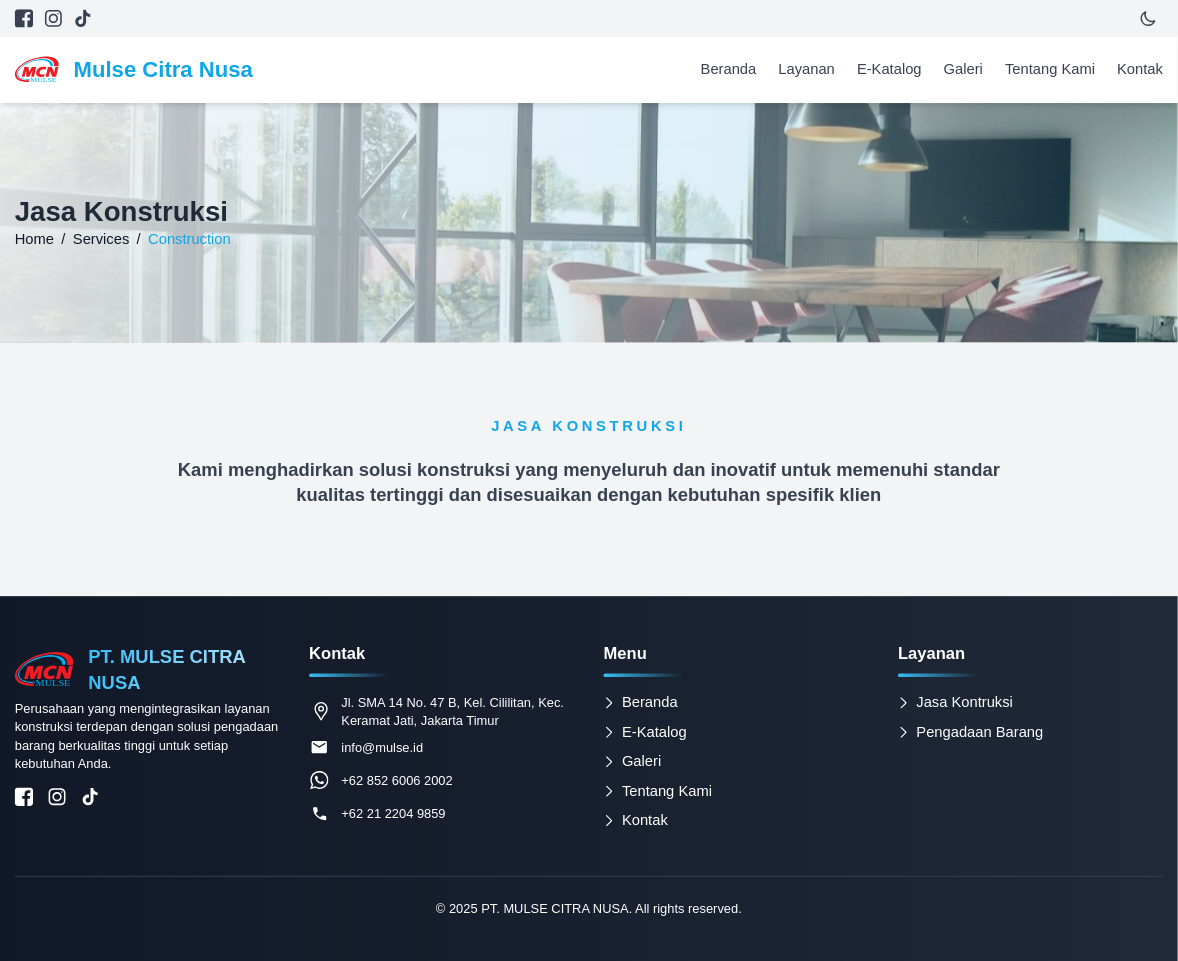
Repository: PrasBaldin/next-mulse
Page: /services/construction
An editor plug-in stored every save of this project. The page is shown before and after the next save, followed by the edit.
The browser window is 1280 px wide. The pictures show the whole page, at 92% of full size.
The project was rebuilt for these pictures with package versions that can differ from the ones it lists, and the page was loaded fresh each time. The framework's server and built-in components were replaced by stand-ins that run in the browser. Also part of the build but not shown: next.config.ts.

Above is the page before, as saved 2025-02-26 13:30:19.

### app/layout.tsx
import type { Metadata } from "next";
import { Geist, Geist_Mono } from "next/font/google";
import "./globals.css";
import Navbar from "@/components/navbar";
import Footer from "@/components/footer";

const geistSans = Geist({
  variable: "--font-geist-sans",
  subsets: ["latin"],
});

const geistMono = Geist_Mono({
  variable: "--font-geist-mono",
  subsets: ["latin"],
});

export const metadata: Metadata = {
  title: "Mulse",
  description: "Selamat datang di PT. Mulse Citra Nusa, kami menyediakan barang dan jasa sesuai kebutuhan Anda.",
};

export default function RootLayout({
  children,
}: Readonly<{
  children: React.ReactNode;
}>) {
  return (
    <html lang="en">
      <body className={`${geistSans.variable} ${geistMono.variable} antialiased`} >
        <Navbar />
        {children}
        <Footer />
      </body>
    </html>
  );
}

### app/services/construction/page.tsx
import Link from "next/link";

const ConstructionPage = () => {
  return (
    <>
      <section className="mt-[72px] lg:mt-[112px]">
        <div className="banner">
          <div className="banner-mask"></div>
          <div className="container z-[1] relative">
            <div className="banner-content">
              <h4 className="text-3xl font-bold text-gray-800 dark:text-gray-100 transition duration-500 ease-in-out">
                Jasa Konstruksi
              </h4>
              <ul className="breadcrumbs">
                <li>
                  <Link
                    href="/"
                    className="text-gray-900 dark:text-gray-100 transition duration-500 ease-in-out"
                  >
                    Home
                  </Link>
                </li>
                <li className="text-gray-900 dark:text-gray-100 transition duration-500 ease-in-out">
                  /
                </li>
                <li>
                  <Link
                    href="/"
                    className="text-gray-900 dark:text-gray-100 transition duration-500 ease-in-out"
                  >
                    Services
                  </Link>
                </li>
                <li className="text-gray-900 dark:text-gray-100 transition duration-500 ease-in-out">
                  /
                </li>
                <li>
                  <Link href="/gallery" className="text-sky-500">
                    Construction
                  </Link>
                </li>
              </ul>
            </div>
          </div>
        </div>
      </section>
      <section className="py-20">
        <div className="container">
          <div className="text-center">
            <h4 className="mb-3 text-sky-500 font-semibold tracking-[.25em] uppercase">
              Jasa Konstruksi
            </h4>
            <h3 className="py-2 my-2 mx-auto w-full md:w-3/4 text-gray-700 dark:text-gray-100 transition duration-500 ease-in-out text-xl font-semibold">
              Kami menghadirkan solusi konstruksi yang menyeluruh dan inovatif
              untuk memenuhi standar kualitas tertinggi dan disesuaikan dengan
              kebutuhan spesifik klien
            </h3>
          </div>
          <div className="service-content"></div>
        </div>
      </section>
    </>
  );
};

export default ConstructionPage;

### app/globals.css
@tailwind base;
@tailwind components;
@tailwind utilities;

:root {
  --background: #ffffff;
  --foreground: #171717;
}

@media (prefers-color-scheme: dark) {
  :root {
    --background: #0a0a0a;
    --foreground: #ededed;
  }
}

body {
  font-family: Arial, Helvetica, sans-serif;
  @apply bg-gray-100 dark:bg-gray-700;
}

.container {
  @apply mx-auto px-4;
}

.btn {
  @apply px-4 py-3 rounded-lg transition duration-500 ease-in-out;
}

.btn-primary {
  @apply bg-sky-600 hover:bg-sky-700 dark:hover:bg-sky-700 text-gray-100 hover:text-gray-300;
}

.btn-secondary {
  @apply bg-gray-100 hover:bg-gray-300 dark:hover:bg-gray-300 text-gray-800;
}

.btn-primary-border {
  @apply bg-transparent hover:bg-sky-500 dark:hover:bg-sky-500 border-2 border-sky-500 text-sky-500 dark:text-sky-500 hover:text-white dark:hover:text-white;
}

.banner {
  background-image: url("/img/banner-2.jpg");
  background-size: cover;
  @apply py-[100px] relative;
}

.banner-mask {
  @apply absolute inset-0 bg-gradient-to-r from-gray-100/90 to-sky-500/20 dark:from-gray-800/90 dark:to-sky-500/20 transition duration-500 ease-in-out z-[0];
}

.breadcrumbs {
  @apply flex gap-2 font-medium;
}

### components/navbar.css
.utility-bar {
  @apply hidden lg:block absolute top-0 w-full py-1 bg-gray-100 dark:bg-gray-700 transition duration-500 ease-in-out z-10;
}

.utility-content {
  @apply w-auto flex gap-2;
}

.social-media-link {
  @apply mr-3 text-gray-700 dark:text-gray-100 hover:text-sky-500 dark:hover:text-sky-500 transition duration-300;
}

.navbar {
  @apply bg-white dark:bg-gray-800 transition duration-500 ease-in-out shadow-md top-0 lg:top-[40px] fixed lg:absolute w-full z-20;
}

.nav-link {
  @apply text-gray-700 hover:text-sky-500 dark:hover:text-sky-500 dark:text-gray-100 py-5 transition duration-500 ease-in-out border-b-2 border-transparent hover:border-sky-500 flex items-center;
}

.nav-dropdown {
  @apply bg-white dark:bg-gray-800 absolute top-[4rem] -left-2 w-auto pt-2 p-3 border-2 border-sky-300 dark:border-sky-800 border-t-sky-500 dark:border-t-sky-500 shadow-xl rounded-lg overflow-visible transition-all duration-300 transform;
}

.nav-link-dropdown {
  @apply text-gray-700 hover:text-sky-500 dark:hover:text-sky-500 dark:text-gray-100 pt-2 pb-1 transition duration-500 ease-in-out hover:bg-gray-100 dark:hover:bg-gray-700 rounded border-b border-gray-200 hover:border-sky-500 block mt-2 px-2;
}

.nav-link-mobile {
  @apply hover:bg-gray-100 dark:hover:bg-gray-700 text-gray-700 hover:text-sky-500 dark:hover:text-sky-500 dark:text-gray-100 py-2 pl-2 border-b border-gray-200 hover:border-sky-500 rounded transition;
}

.hamburger {
  @apply absolute w-6 h-[3px] bg-gray-800 dark:bg-gray-100 rounded transition duration-500 ease-in-out;
}

.dropdown-arrow {
  @apply border-b-2 border-r-2 border-gray-700 dark:border-gray-100 ml-2 w-3 h-3 transition duration-500 ease-in-out;
}

.nav-link-mobile:hover .dropdown-arrow {
  @apply border-sky-500;
}

### components/toggleDarkMode.tsx
"use client";
import { useState, useEffect } from "react";
import IconDarkMode from "../app/_assets/icon/iconDarkmode";
import IconLightMode from "../app/_assets/icon/iconLightmode";

import "./toggleDarkMode.css";

const ToggleDarkMode = () => {
  const [isDarkMode, setIsDarkMode] = useState(false);
  useEffect(() => {
    const storedTheme = localStorage.getItem("theme");
    setIsDarkMode(storedTheme === "dark");
  }, []);

  useEffect(() => {
    if (isDarkMode) {
      document.documentElement.classList.add("dark");
      localStorage.setItem("theme", "dark");
    } else {
      document.documentElement.classList.remove("dark");
      localStorage.setItem("theme", "light");
    }
  }, [isDarkMode]);

  return (
    <>
      {/* Mobile */}
      <button
        onClick={() => setIsDarkMode(!isDarkMode)}
        className="lg:hidden btn h-11 flex items-center"
        style={{ padding: ".5rem" }}
      >
        <div className="block">
          <div className="absolute flex items-center gap-2">
            <div
              className={`toggle-dark-mode-mobile gap-2 ${
                isDarkMode ? "opacity-100 rotate-0" : "opacity-0 rotate-90"
              }`}
            >
              <IconLightMode />
            </div>
            <span
              className={`text-gray-700 dark:text-gray-300 ${
                isDarkMode ? "opacity-100" : "opacity-0"
              }`}
            >
              Light Mode
            </span>
          </div>
          <div className="flex items-center gap-2">
            <div
              className={`toggle-dark-mode-mobile gap-2 ${
                isDarkMode ? "opacity-0 -rotate-90" : "opacity-100 rotate-0"
              }`}
            >
              <IconDarkMode />
            </div>
            <span
              className={`text-gray-700 dark:text-gray-300 ${
                isDarkMode ? "opacity-0" : "opacity-100"
              }`}
            >
              Night Mode
            </span>
          </div>
        </div>
      </button>

      {/* Desktop */}
      <button
        onClick={() => setIsDarkMode(!isDarkMode)}
        className="btn hidden lg:block btn w-8 h-8 relative overflow-hidden"
      >
        <div
          className={`toggle-dark-mode ${
            isDarkMode ? "opacity-100 rotate-0" : "opacity-0 rotate-90"
          }`}
        >
          <IconLightMode />
        </div>
        <div
          className={`toggle-dark-mode ${
            isDarkMode ? "opacity-0 -rotate-90" : "opacity-100 rotate-0"
          }`}
        >
          <IconDarkMode />
        </div>
      </button>
    </>
  );
};

export default ToggleDarkMode;

### components/footer.css
footer table tr a {
    @apply transition duration-300
}

footer table tr:hover a {
    @apply text-sky-400
}

### app/_assets/icon/iconDarkmode.tsx
import React from "react";

const IconDarkmode = () => {
    return (
        <svg xmlns="http://www.w3.org/2000/svg" className="h-5 w-5 text-gray-700 dark:text-gray-100" fill="none" viewBox="0 0 24 24" stroke="currentColor">
            <path strokeLinecap="round" strokeLinejoin="round" strokeWidth={2} d="M20.354 15.354A9 9 0 018.646 3.646 9.003 9.003 0 0012 21a9.003 9.003 0 008.354-5.646z" />
        </svg>
    )
}

export default IconDarkmode

### app/_assets/icon/iconLightmode.tsx
import React from "react";

const IconLightMode = () => {
    return (
        <svg xmlns="http://www.w3.org/2000/svg" className="h-5 w-5 text-gray-100" fill="none" viewBox="0 0 24 24" stroke="currentColor">
            <path strokeLinecap="round" strokeLinejoin="round" strokeWidth="2" d="M12 3v1m0 16v1m9-9h-1M4 12H3m15.364 6.364l-.707-.707M6.343 6.343l-.707-.707m12.728 0l-.707.707M6.343 17.657l-.707.707" />
            <circle cx="12" cy="12" r="3" stroke="currentColor" strokeWidth="2" fill="none" />
        </svg>
    )
}

export default IconLightMode

### components/toggleDarkMode.css
.toggle-dark-mode {
    @apply absolute top-0 bottom-0 left-0 right-0 flex items-center justify-center transition-all duration-500 transform
}

.toggle-dark-mode-mobile {
    @apply flex items-center justify-center transition-all duration-500 transform
}

### tailwind.config.ts
import type { Config } from "tailwindcss";

export default {
  darkMode: 'class',
  content: [
    "./pages/**/*.{js,ts,jsx,tsx,mdx}",
    "./components/**/*.{js,ts,jsx,tsx,mdx}",
    "./app/**/*.{js,ts,jsx,tsx,mdx}"
  ],
  theme: {
    extend: {
      width: {
        '11': '2.75rem',
      },
      height: {
        '11': '2.75rem',
      },
      colors: {
        background: "var(--background)",
        foreground: "var(--foreground)",
      },
    },
  },
  plugins: [],
} satisfies Config;

Loaded but not shown: components/footer.tsx (503 lines, source omitted); components/navbar.tsx (283 lines, source omitted)

After the next save:
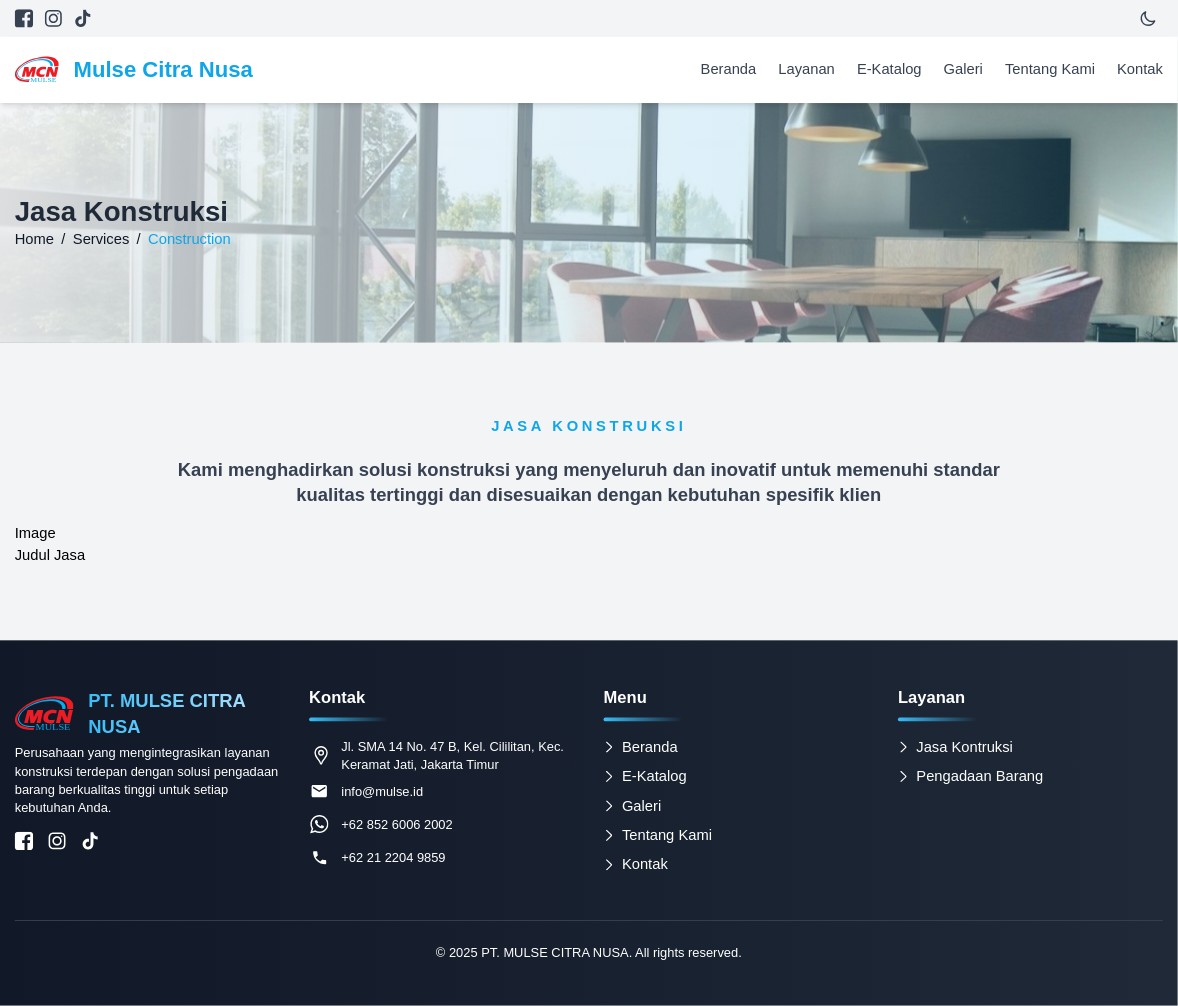
Saved 105 s later.
--- a/app/services/construction/page.tsx
+++ b/app/services/construction/page.tsx
@@ -56,7 +56,16 @@
               kebutuhan spesifik klien
             </h3>
           </div>
-          <div className="service-content"></div>
+          <div className="service-content grid grid-cols-2 md:grid-cols-3">
+            <div className="card">
+              <div className="card-img">
+                <span>Image</span>
+              </div>
+              <div className="card-title">
+                <h4>Judul Jasa</h4>
+              </div>
+            </div>
+          </div>
         </div>
       </section>
     </>
